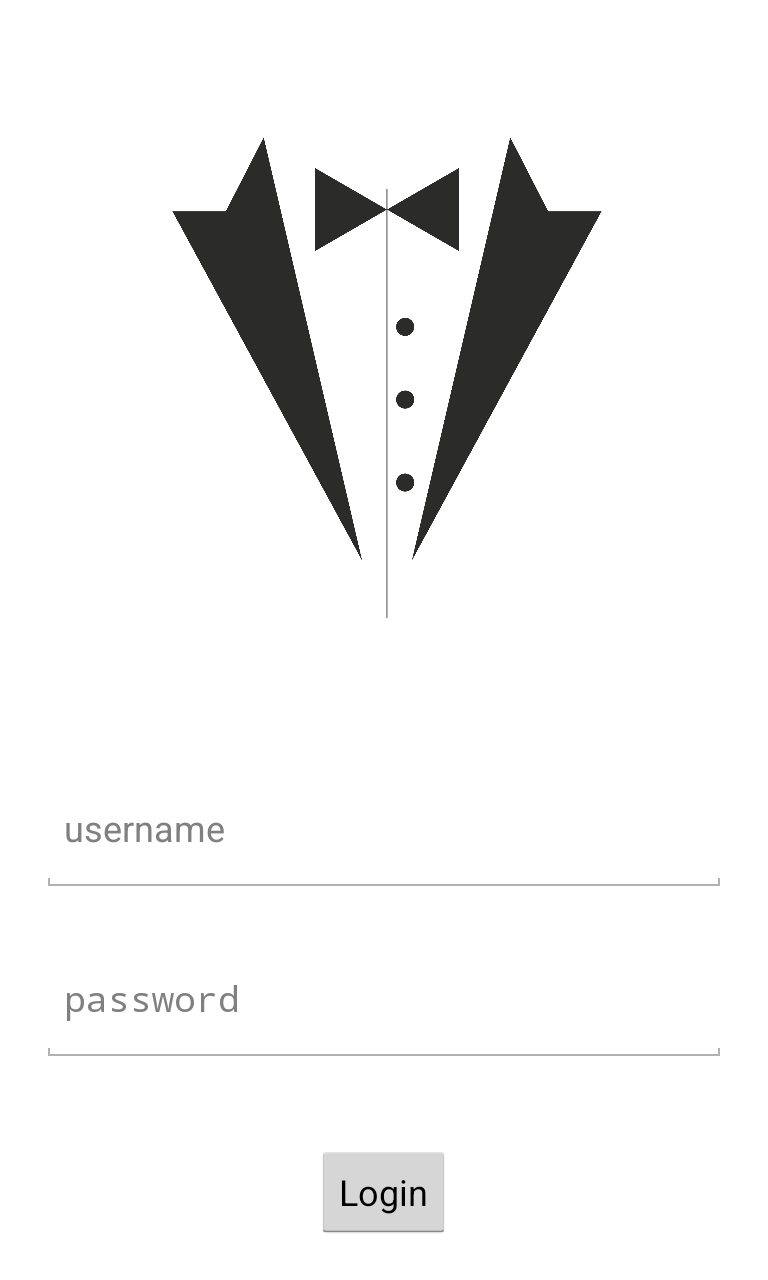
Repository: oszalex/SpryAndroid
Layout: android/Bro/res/layout/activity_main.xml
The author's editor kept a copy of each file at every save. The layout is drawn from the files as they stood at one save, then again after the next save.
It is drawn on a 768 x 1280 px phone screen (xhdpi) without system bars, with theme AppTheme; the app's code is not run.

Above is the layout before, as saved 2014-01-21 16:41:24.

### android/Bro/res/layout/activity_main.xml
<LinearLayout xmlns:android="http://schemas.android.com/apk/res/android"
    xmlns:tools="http://schemas.android.com/tools"
    android:layout_width="match_parent"
    android:layout_height="match_parent"
    android:orientation="vertical"
    android:background="@android:color/">

    <ImageView
        android:id="@+id/logo"
        android:layout_width="256dp"
        android:layout_height="256dp"
        android:layout_gravity="center_horizontal"
        android:layout_weight="2"
        android:contentDescription="@string/logo_description"
        android:src="@drawable/logo" />

    <EditText
        android:id="@+id/edit_username"
        android:layout_width="fill_parent"
        android:layout_height="12sp"
        android:layout_gravity="center_horizontal"
        android:layout_marginLeft="20dp"
        android:layout_marginRight="20dp"
        android:layout_marginTop="20dp"
        android:layout_weight="1"
        android:hint="@string/edit_username" />

    <EditText
        android:id="@+id/edit_password"
        android:layout_width="fill_parent"
        android:layout_height="12sp"
        android:layout_gravity="center_horizontal"
        android:layout_marginLeft="20dp"
        android:layout_marginRight="20dp"
        android:layout_marginTop="20dp"
        android:layout_weight="1"
        android:hint="@string/edit_password"
        android:inputType="textPassword" />

    <Button
        android:layout_width="wrap_content"
        android:layout_height="wrap_content"
        android:layout_gravity="center_horizontal"
        android:layout_marginBottom="20dp"
        android:layout_marginTop="40dp"
        android:text="@string/button_login" />

</LinearLayout>

### android/Bro/res/values/strings.xml
<?xml version="1.0" encoding="utf-8"?>
<resources>

    <string name="app_name">Bro</string>
    <string name="action_settings">Settings</string>
    <string name="edit_username">username</string>
    <string name="edit_password">password</string>
    <string name="button_login">Login</string>
    <string name="logo_description">Bro-Logo</string>

</resources>

Loaded but not shown: android/Bro/res/values/styles.xml (common file); android/Bro/res/values-v11/styles.xml (common file); android/Bro/res/values-v14/styles.xml (common file)

After the next save:
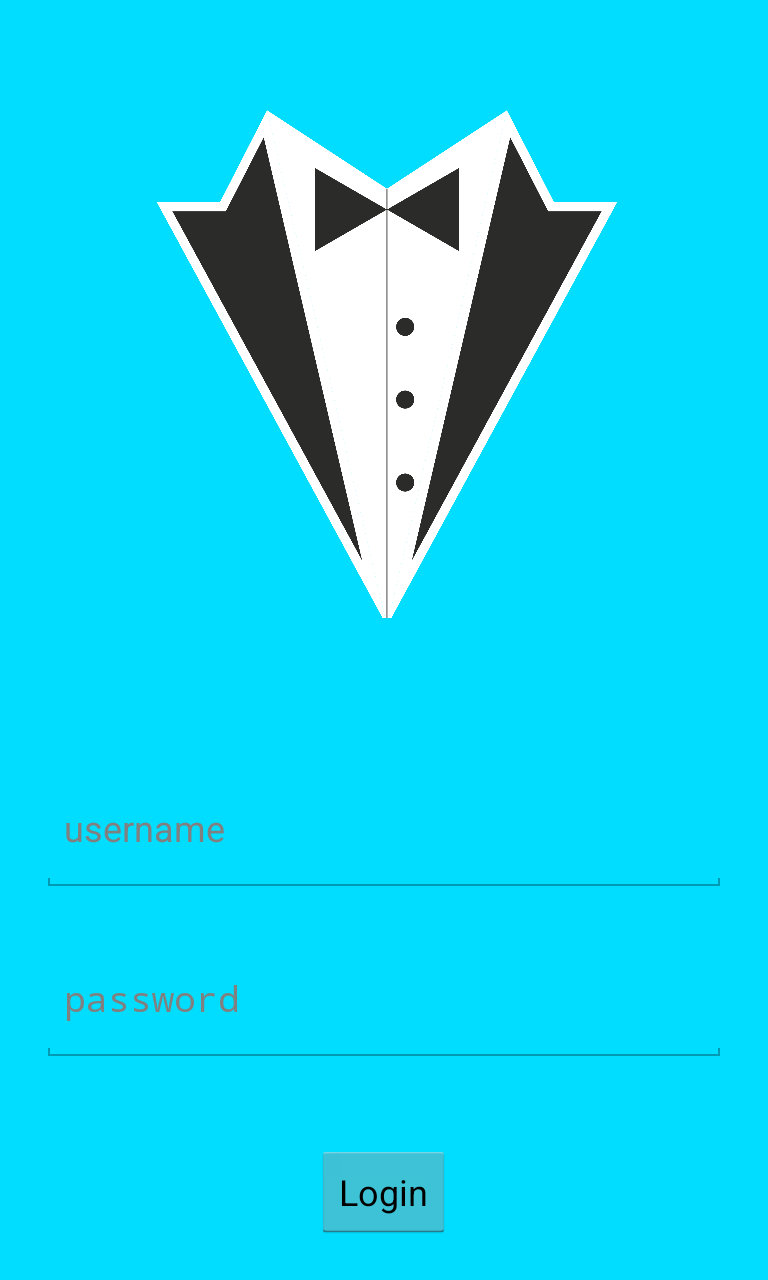
Saved 7 s later.
--- a/android/Bro/res/layout/activity_main.xml
+++ b/android/Bro/res/layout/activity_main.xml
@@ -3,7 +3,7 @@
     android:layout_width="match_parent"
     android:layout_height="match_parent"
     android:orientation="vertical"
-    android:background="@android:color/">
+    android:background="@android:color/holo_blue_bright">
 
     <ImageView
         android:id="@+id/logo"
